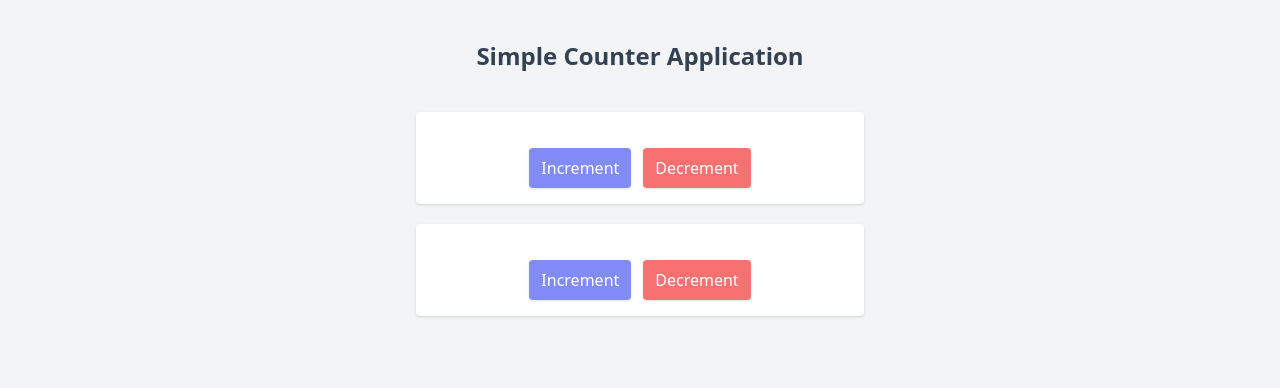
Repository: Wahid137/simple-counter-redux
Page: /
The author's editor kept a copy of each file at every save. The page is drawn from the files as they stood at one save, then again after the next save.
The browser window is 1280 px wide. The pictures show the whole page.
Some web libraries are served in a nearby version. The project was rebuilt for these pictures with package versions that can differ from the ones it lists, and the page was loaded fresh each time.

Above is the page before, as saved 2023-11-06 15:57:09.

### public/index.html
<!DOCTYPE html>
<html lang="en">
    <head>
        <meta charset="utf-8" />
        <link rel="icon" href="%PUBLIC_URL%/favicon.ico" />
        <meta name="viewport" content="width=device-width, initial-scale=1" />
        <meta name="theme-color" content="#000000" />
        <meta
            name="description"
            content="Web site created using create-react-app"
        />
        <link rel="apple-touch-icon" href="%PUBLIC_URL%/logo192.png" />
        <!--
      manifest.json provides metadata used when your web app is installed on a
      user's mobile device or desktop. See https://developers.google.com/web/fundamentals/web-app-manifest/
    -->
        <link rel="manifest" href="%PUBLIC_URL%/manifest.json" />
        <!--
      Notice the use of %PUBLIC_URL% in the tags above.
      It will be replaced with the URL of the `public` folder during the build.
      Only files inside the `public` folder can be referenced from the HTML.

      Unlike "/favicon.ico" or "favicon.ico", "%PUBLIC_URL%/favicon.ico" will
      work correctly both with client-side routing and a non-root public URL.
      Learn how to configure a non-root public URL by running `npm run build`.
    -->
        <title>React App</title>
        <script src="https://cdn.tailwindcss.com"></script>
    </head>
    <body>
        <noscript>You need to enable JavaScript to run this app.</noscript>
        <div id="root"></div>
        <!--
      This HTML file is a template.
      If you open it directly in the browser, you will see an empty page.

      You can add webfonts, meta tags, or analytics to this file.
      The build step will place the bundled scripts into the <body> tag.

      To begin the development, run `npm start` or `yarn start`.
      To create a production bundle, use `npm run build` or `yarn build`.
    --></body>
</html>

### src/App.js
import { Provider } from "react-redux";
import store from "./redux/store";
import HooksCounter from "./components/HooksCounter";
import DynamicHooksCounter from "./components/DynamicHooksCounter";

export default function App() {
    return (
        <Provider store={store}>
            <div className="w-screen h-screen p-10 bg-gray-100 text-slate-700">
                <h1 className="max-w-md mx-auto text-center text-2xl font-bold">
                    Simple Counter Application
                </h1>

                <div className="max-w-md mx-auto mt-10 space-y-5">
                    <HooksCounter />
                    <DynamicHooksCounter />
                </div>
            </div>
        </Provider>
    );
}

### src/redux/store.js
import { createStore } from 'redux';
import counterReducer from "./counter/counterReducer";
import rootReducer from './rootReducer';

const store = createStore(rootReducer);

export default store;

### src/components/HooksCounter.js
import { useDispatch, useSelector } from "react-redux";
import { decrement, increment } from "../redux/counter/actions";

function HooksCounter() {
    const count = useSelector((state) => state.value)
    const dispatch = useDispatch();

    const incrementHandler = (value) => {
        dispatch(increment(value))
    }

    const decrementHandler = (value) => {
        dispatch(decrement(value))
    }

    return (
        <div className="p-4 h-auto flex flex-col items-center justify-center space-y-5 bg-white rounded shadow">
            <div className="text-2xl font-semibold">{count}</div>
            <div className="flex space-x-3">
                <button
                    className="bg-indigo-400 text-white px-3 py-2 rounded shadow"
                    onClick={() => incrementHandler(100)}
                >
                    Increment
                </button>
                <button
                    className="bg-red-400 text-white px-3 py-2 rounded shadow"
                    onClick={() => decrementHandler(1)}
                >
                    Decrement
                </button>
            </div>
        </div>
    );
}

/* const mapStateToProps = (state, ownProps) => {
    console.log(ownProps)
    return {
        count: state.value
    }
}

const mapDispatchToProps = (dispatch) => {
    return {
        increment: () => dispatch(increment(5)),
        decrement: () => dispatch(decrement(10)),
    }
}

export default connect(mapStateToProps, mapDispatchToProps)(Counter);
 */

export default HooksCounter;

### src/components/DynamicHooksCounter.js
import { useDispatch, useSelector } from "react-redux";
import { decrement, increment } from "../redux/counter/actions";

function DynamicHooksCounter() {
    const count = useSelector((state) => state.value)
    const dispatch = useDispatch();

    const incrementHandler = (value) => {
        dispatch(increment(value))
    }

    const decrementHandler = (value) => {
        dispatch(decrement(value))
    }

    return (
        <div className="p-4 h-auto flex flex-col items-center justify-center space-y-5 bg-white rounded shadow">
            <div className="text-2xl font-semibold">{count}</div>
            <div className="flex space-x-3">
                <button
                    className="bg-indigo-400 text-white px-3 py-2 rounded shadow"
                    onClick={() => incrementHandler(10)}
                >
                    Increment
                </button>
                <button
                    className="bg-red-400 text-white px-3 py-2 rounded shadow"
                    onClick={() => decrementHandler(10)}
                >
                    Decrement
                </button>
            </div>
        </div>
    );
}


export default DynamicHooksCounter;

### src/redux/counter/counterReducer.js
import { DECREMENT, INCREMENT } from "./actionTypes"

const initialState = {
    value: 1
}

const counterReducer = (state = initialState, action) => {
    switch (action.type) {
        case INCREMENT:
            return {
                ...state,
                value: state.value + 1,
            }
        case DECREMENT:
            return {
                ...state,
                value: state.value - 1,
            }
        default:
            return state;
    }

};

export default counterReducer;

### src/redux/rootReducer.js
import { combineReducers } from "redux";
import counterReducer from "./counter/counterReducer";
import dynamicCounterReducer from "./dynamicCounter/dynamicCounterReducer";

const rootReducer = combineReducers({
    counter: counterReducer,
    dynamicCounter: dynamicCounterReducer,
})

export default rootReducer;

### src/redux/counter/actions.js
import { DECREMENT, INCREMENT } from "./actionTypes"

export const increment = () => {
    return {
        type: INCREMENT,
    }
}

export const decrement = () => {
    return {
        type: DECREMENT,
    }
}

### src/redux/counter/actionTypes.js
export const INCREMENT = "counter/increment";
export const DECREMENT = "counter/decrement";

### src/redux/dynamicCounter/dynamicCounterReducer.js
import { DDECREMENT, DINCREMENET } from "./actionTypes";

const initialState = {
    value: 10,
};

const dynamicCounterReducer = (state = initialState, action) => {
    switch (action.type) {
        case DINCREMENET:
            return {
                ...state,
                value: state.value + action.payload,
            };

        case DDECREMENT:
            return {
                ...state,
                value: state.value - action.payload,
            };

        default:
            return state;
    }
};

export default dynamicCounterReducer;

### src/redux/dynamicCounter/actionTypes.js
export const DINCREMENET = "dynamicCounter/increment";
export const DDECREMENT = "dynamicCounter/decrement";

Loaded but not shown: src/index.js (common file); src/reportWebVitals.js (common file)

After the next save:
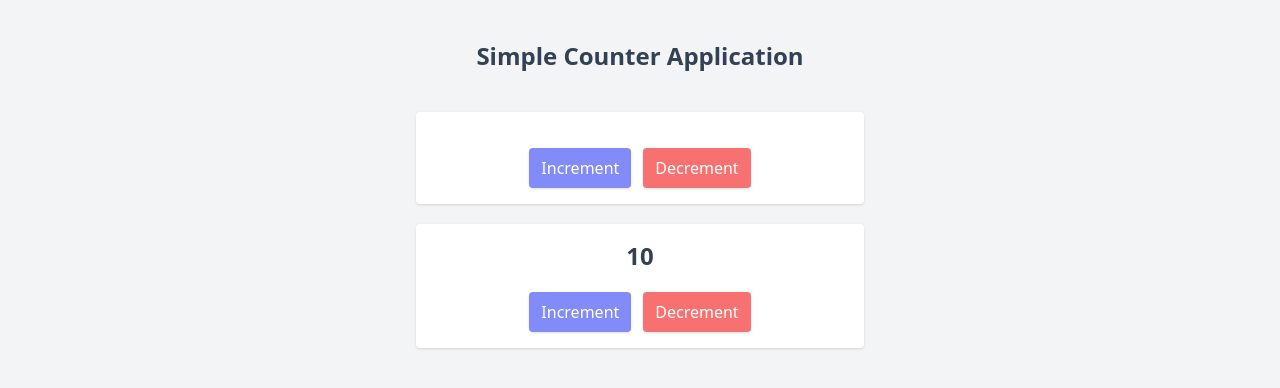
Saved 45 s later.
--- a/src/components/DynamicHooksCounter.js
+++ b/src/components/DynamicHooksCounter.js
@@ -2,7 +2,7 @@ import { useDispatch, useSelector } from "react-redux";
 import { decrement, increment } from "../redux/counter/actions";
 
 function DynamicHooksCounter() {
-    const count = useSelector((state) => state.value)
+    const count = useSelector((state) => state.dynamicCounter.value)
     const dispatch = useDispatch();
 
     const incrementHandler = (value) => {
